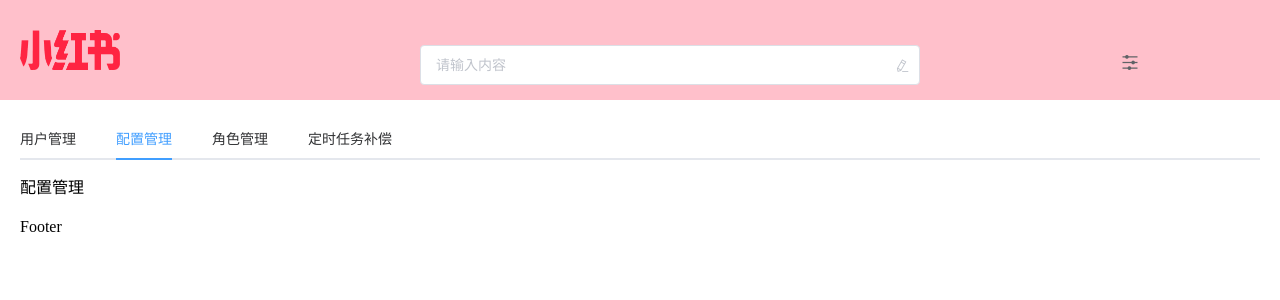
Repository: zhangshuaijie111/myproject-1
Page: /
An editor plug-in stored every save of this project. The page is shown before and after the next save, followed by the edit.
The browser window is 1280 px wide. The pictures show the whole page.
The project was rebuilt for these pictures with package versions that can differ from the ones it lists, and the page was loaded fresh each time. Also part of the build but not shown: vue.config.js.

Above is the page before, as saved 2023-07-18 18:22:23.

After the next save:
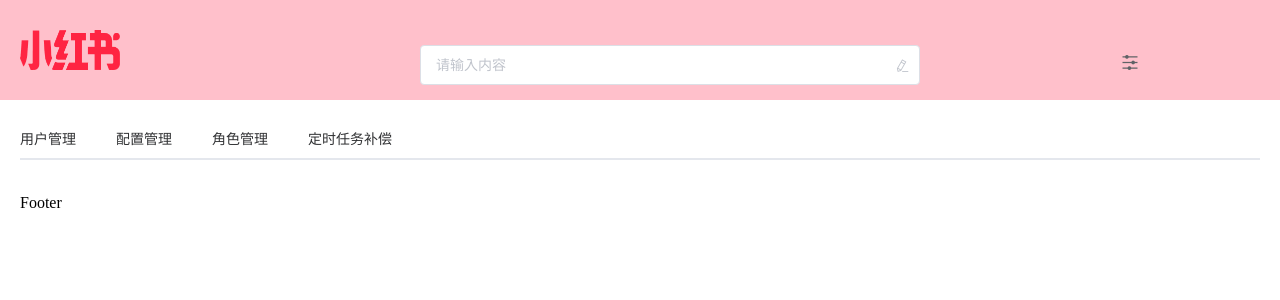
Saved 96 s later.
--- a/src/components/CommonMain.vue
+++ b/src/components/CommonMain.vue
@@ -9,9 +9,7 @@
 <script>
 export default {
   data() {
-    return {
-      activeName: "second",
-    };
+    return {};
   },
   methods: {
     handleClick(tab, event) {
